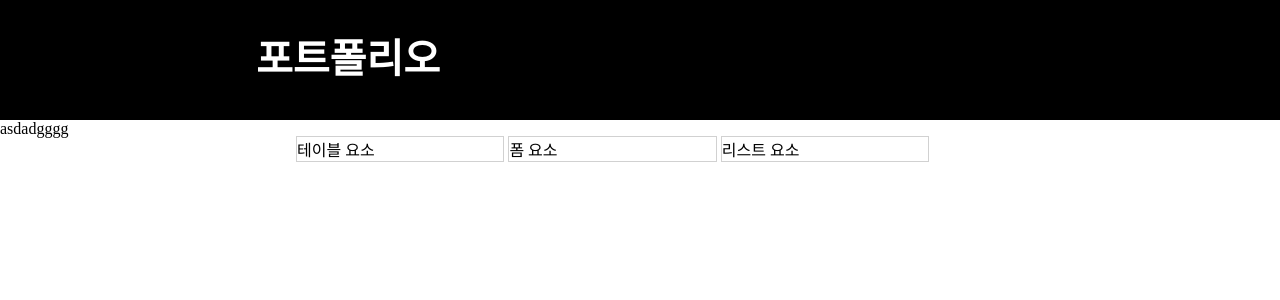
Repository: ItChoi/CSS-Study
Page: Css/WebContent/html/boostcourse/project-A1/portfolio.html
An editor plug-in stored every save of this project. The page is shown before and after the next save, followed by the edit.
The browser window is 1280 px wide. The pictures show the whole page.

Above is the page before, as saved 2019-06-18 10:01:00.

### Css/WebContent/html/boostcourse/project-A1/portfolio.html
<!DOCTYPE html>
<html>
<head>
	<link href="../../../css/boostcourse/project-A1/portfolio.css" rel="stylesheet" type="text/css">

</head>
<body>
	<div class="wrap">

		<div class="header">

		</div>

		<div class="content">

			<div class="con_header">
				<p class="title">포트폴리오</p>
			</div>

			<div class="con_content">

				<div class="button_list">
					<ul>
						<li class="button_elements">테이블 요소</li>
						<li class="button_elements">폼 요소</li>
						<li class="button_elements">리스트 요소</li>
					</ul>
				</div>

			</div>

		</div>

		<div class="footer">
		asdadgggg
		</div>


	</div>

</body>
</html>

### Css/WebContent/css/boostcourse/project-A1/portfolio.css
html, body, .wrap {
	margin: 0px;
	padding: 0px;
}

.header {
	width: 100%;
	height: 120px;
	background: #000;

	position: relative;
}

.content {
	position: absolute;
	top: 0;
	left: 20%;
	right: 20%;
}

.con_header {
	height: 120px;
}

.title {
	margin: 0px;
	color: #fff;
	font-size: 40px;
	font-weight: bold;
	line-height: 120px;
}

.con_content {
	width: 100%;
}

ul {
	list-style: none;
	padding-left: 40px;
	padding-right: 40px;
}

.button_elements {
	display: inline-block;
	border:  1px solid #d1d1d1;
	width: 30%;
}

.button_elements:HOVER {
	background-color: #454545;
	font-weight: bold;
}

After the next save:
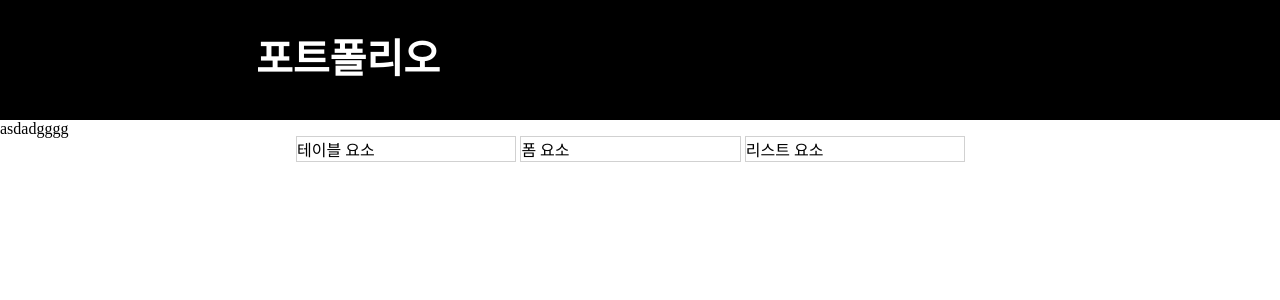
Saved 53 s later.
--- a/Css/WebContent/css/boostcourse/project-A1/portfolio.css
+++ b/Css/WebContent/css/boostcourse/project-A1/portfolio.css
@@ -36,8 +36,6 @@ html, body, .wrap {
 
 ul {
 	list-style: none;
-	padding-left: 40px;
-	padding-right: 40px;
 }
 
 .button_elements {
